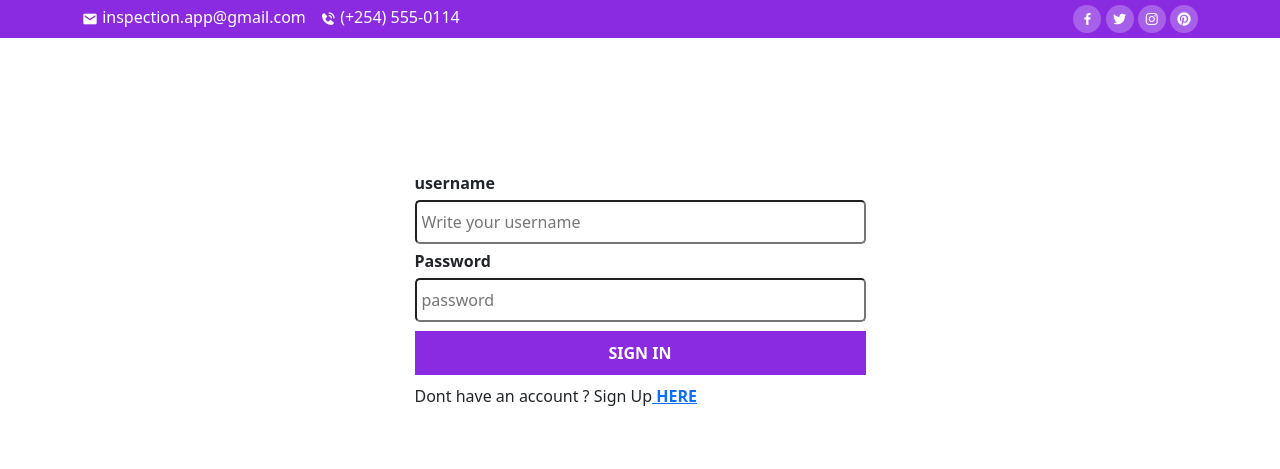
Repository: NDISHAW/Inspectionapp-rails
Page: public/signIn.html
These files come from the project's save history. The page is drawn as it stood at one moment and after the next save; the edit follows.
The browser window is 1280 px wide. The pictures show the whole page.

Above is the page before, as saved 2022-10-09 04:45:11.

After the next save:
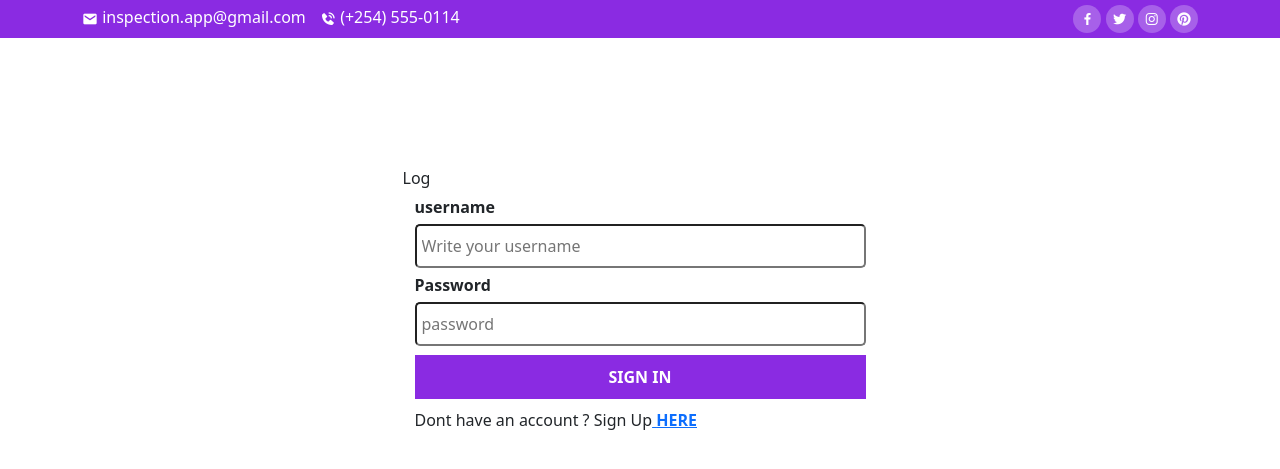
Saved 4 s later.
--- a/public/signIn.html
+++ b/public/signIn.html
@@ -37,7 +37,7 @@
         <div class="row justify-content-center">
           <div class="col-lg-5 py-5">
             <div class="row">
-
+              Log
               <div class="col-12">
             <!-- Email  -->
             <div class="email">
